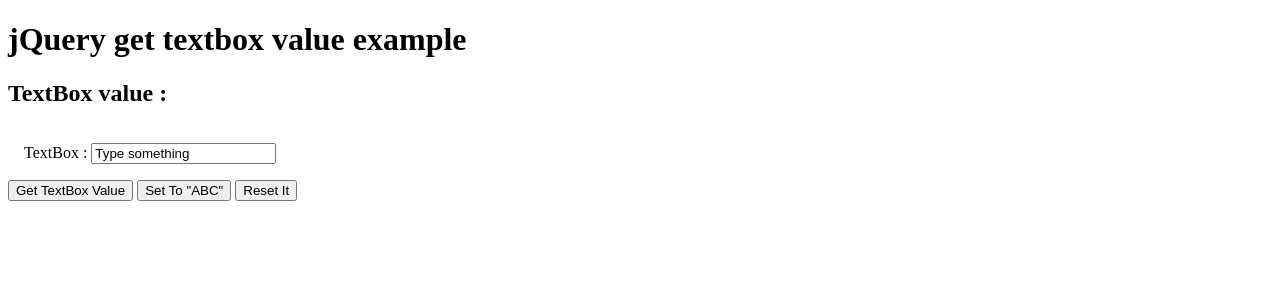
Repository: sudheerj/jQuery
Page: jQueryExamples/chapter06/GetTextboxValue.html
The author's editor kept a copy of each file at every save. The page is drawn from the files as they stood at one save, then again after the next save.
The browser window is 1280 px wide. The pictures show the whole page.
After loading, the first visible `#Get` was clicked once.

Above is the page before, as saved 2016-10-21 17:33:23.
Console error (its wording comes from the project's code and is left out).

### jQueryExamples/chapter06/GetTextboxValue.html
<!DOCTYPE html>
<html>
	<head>
		<title>jQuery get textbox value example</title>
		<script type="text/javascript" src="..\jquery\jquery-3.1.1.min.js"></script>
	</head>

	<body>

		<h1>jQuery get textbox value example</h1>

		<h2>TextBox value : <label id="msg"></label></h2>

		<div style="padding:16px;">
			TextBox :
			<input type="textbox" value="Type something">
			</input>
		</div>

		<button id="Get">
			Get TextBox Value
		</button>
		<button id="Set">
			Set To "ABC"
		</button>
		<button id="Reset">
			Reset It
		</button>

		<script type="text/javascript">
			$("#Get").click(function() {

				$('#msg').html($('input:textbox').val());

			});

			$("#Reset").click(function() {

				$('#msg').html("");
				$('input:textbox').val("");

			});

			$("#Set").click(function() {

				$('input:textbox').val("ABC");
				$('#msg').html($('input:textbox').val());

			});

		</script>

	</body>
</html>

Loaded but not shown: jQueryExamples/jquery/jquery-3.1.1.min.js (library)

After the next save:
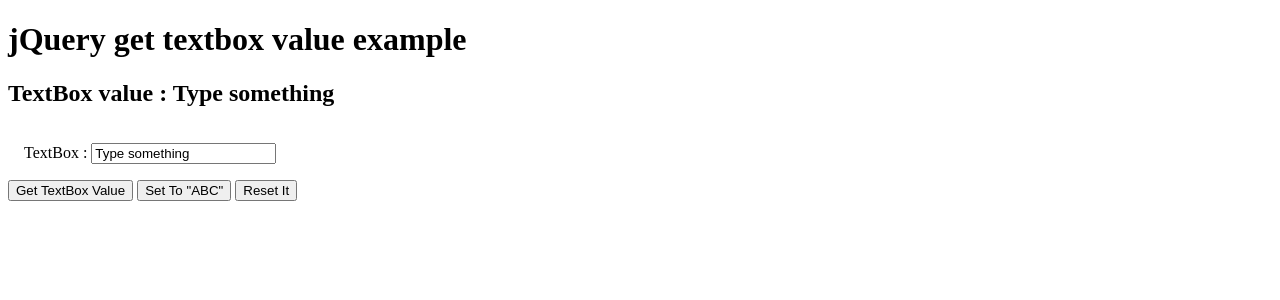
The error is gone.
Saved 60 s later.
--- a/jQueryExamples/chapter06/GetTextboxValue.html
+++ b/jQueryExamples/chapter06/GetTextboxValue.html
@@ -13,7 +13,7 @@
 
 		<div style="padding:16px;">
 			TextBox :
-			<input type="textbox" value="Type something">
+			<input type="text" value="Type something">
 			</input>
 		</div>
 
@@ -30,7 +30,7 @@
 		<script type="text/javascript">
 			$("#Get").click(function() {
 
-				$('#msg').html($('input:textbox').val());
+				$('#msg').html($('input:text').val());
 
 			});
 
